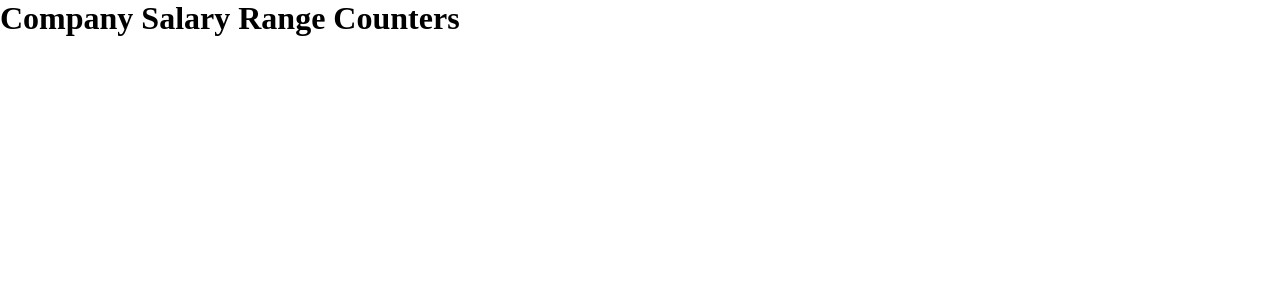
Repository: mlmEFSC21/P17-Sales-Commision
Page: sales.html
An editor plug-in stored every save of this project. The page is shown before and after the next save, followed by the edit.
The browser window is 1280 px wide. The pictures show the whole page.

Above is the page before, as saved 2022-03-29 14:27:00.

After the next save:
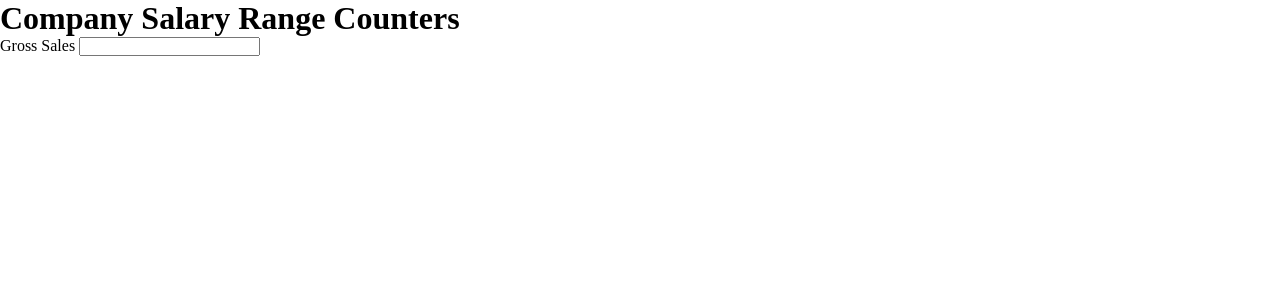
Saved 2 min 15 s later.
--- a/sales.html
+++ b/sales.html
@@ -12,5 +12,9 @@
         <header class="mainHeader">
             <h1>Company Salary Range Counters</h1>
         </header>
+        <form action="/" method="get">
+            <label>Gross Sales</label>
+            <input type="text" name="grossSales" id="grossSales" />
+        </form>
     </body>
 </html>
